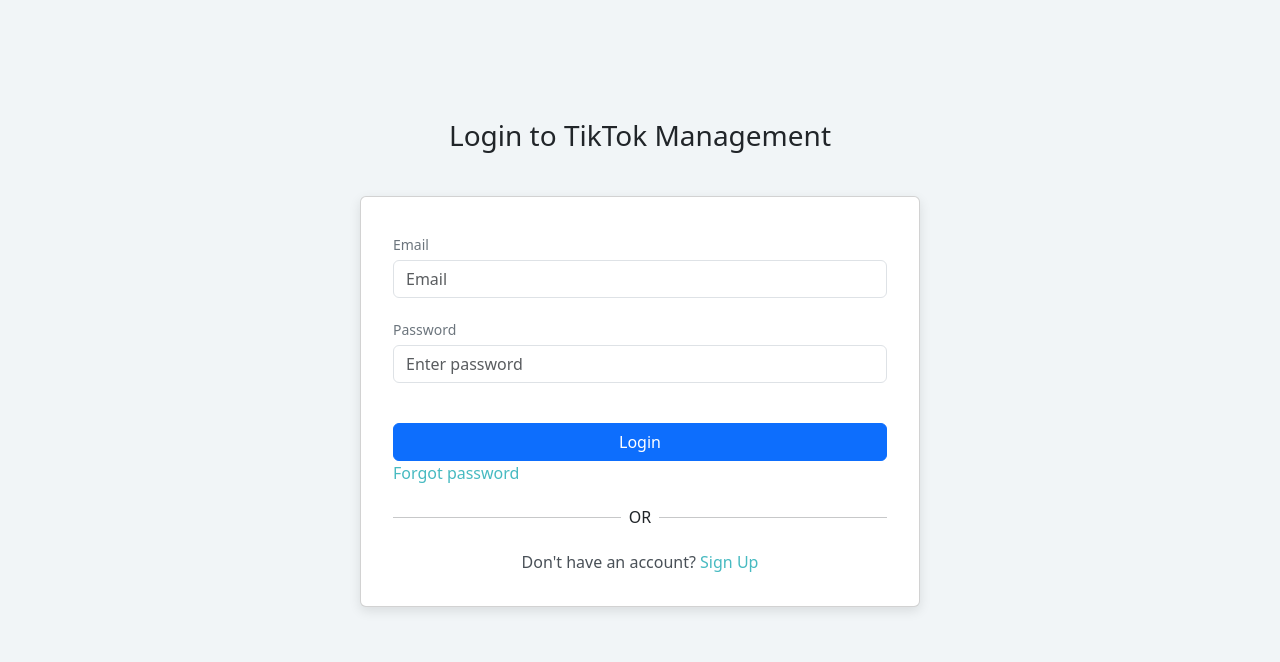
Repository: chaolaolo/tikcrm-fe
Page: /
These files come from the project's save history. The page is drawn as it stood at one moment and after the next save; the edit follows.
The browser window is 1280 px wide. The pictures show the whole page.
The project was rebuilt for these pictures with package versions that can differ from the ones it lists, and the page was loaded fresh each time. Also part of the build but not shown: vite.config.ts, src/pages/Home/Settings.tsx, src/pages/Home/HomePage.tsx. Imported but missing from the stored project, and not drawn on this page: src/pages/Home/Dashboard, src/pages/Register/RegisterPage.

Above is the page before, as saved 2025-05-22 22:51:15.

### src/main.tsx
import React, { StrictMode } from 'react'
import ReactDOM from 'react-dom/client';
import { createRoot } from 'react-dom/client'
import './index.css'
import { BrowserRouter } from 'react-router-dom';
import { AuthProvider } from './store/AuthContext.tsx';
import App from './App.tsx'
import 'antd/dist/reset.css';
import 'bootstrap/dist/css/bootstrap.min.css';
import 'bootstrap/dist/js/bootstrap.bundle.min.js';

ReactDOM.createRoot(document.getElementById('root')!).render(
  <React.StrictMode>
    <AuthProvider>
      <BrowserRouter>
        <App />
      </BrowserRouter>
    </AuthProvider>
  </React.StrictMode>
)

### src/store/AuthContext.tsx
import React, { createContext, useContext, useState, type ReactNode } from 'react';

interface AuthContextProps {
  isLoggedIn: boolean;
  login: () => void;
  logout: () => void;
}

const AuthContext = createContext<AuthContextProps | undefined>(undefined);

export const AuthProvider = ({ children }: { children: ReactNode }) => {
  const [isLoggedIn, setIsLoggedIn] = useState(false);

  const login = () => setIsLoggedIn(true);
  const logout = () => setIsLoggedIn(false);

  return (
    <AuthContext.Provider value={{ isLoggedIn, login, logout }}>
      {children}
    </AuthContext.Provider>
  );
};

export const useAuth = () => {
  const context = useContext(AuthContext);
  if (!context) throw new Error('useAuth must be used within AuthProvider');
  return context;
};

### src/App.tsx
import { useState } from 'react'
import reactLogo from './assets/react.svg'
import viteLogo from '/vite.svg'
import './App.css'
import { useAuth } from './store/AuthContext';
import { Navigate, Route, Routes } from 'react-router-dom';
import LoginPage from './pages/Auth/LoginPage';
import RegisterPage from './pages/Register/RegisterPage';
import HomePage from './pages/Home/HomePage';
import 'bootstrap/dist/css/bootstrap.min.css';
import 'bootstrap/dist/js/bootstrap.bundle.min.js';
import 'antd/dist/reset.css'

const App = () => {
  const { isLoggedIn } = useAuth();

  return (
    <Routes>
      <Route path="/login" element={<LoginPage />} />
      <Route path="/register" element={<RegisterPage />} />
      <Route path="/forgot-password" element={<RegisterPage />} />
      <Route
        path="/home/*"
        element={isLoggedIn ? <HomePage /> : <Navigate to="/login" />}
      />
      <Route path="*" element={<Navigate to={isLoggedIn ? "/home" : "/login"} />} />
    </Routes>
  );
};

export default App;

### src/pages/Auth/LoginPage.tsx
import React from 'react';
import 'bootstrap/dist/css/bootstrap.min.css';
import { Link } from 'react-router-dom';

const LoginPage: React.FC = () => {
  return (
    <div style={{
      backgroundColor: '#f1f5f7', // Màu light của Bootstrap
      position: 'fixed',
      top: 0,
      left: 0,
      right: 0,
      bottom: 0,
      overflow: 'auto'
    }}>
      <div className="d-flex justify-content-center align-items-center min-vh-100 p-3">
        <div className="w-100" style={{ maxWidth: '600px', }}>
          <p className="text-center mb-8 fs-3 fw-normal">Login to TikTok Management</p>
          <div className="card p-8 " style={{
            marginTop: '40px',
            marginLeft: '20px',
            marginRight: '20px',
            backgroundColor: 'white',
            boxShadow: '0 4px 12px rgba(0, 0, 0, 0.1)'
          }}>
            <form>
              <div className="mb-3 text-start">
                <label htmlFor="email" className="col-sm-2 col-form-label col-form-label-sm text-secondary">Email</label>
                <input
                  type="email"
                  className="form-control"
                  id="email"
                  placeholder="Email"
                />
              </div>

              <div className="mb-3 text-start">
                <label htmlFor="password" className="col-sm-2 col-form-label col-form-label-sm text-secondary">Password</label>
                <input
                  type="password"
                  className="form-control"
                  id="password"
                  placeholder="Enter password"
                />
              </div>

              <button type="submit" className="btn btn-primary w-100 mt-4">Login</button>

              <div className="mb-3 text-start">
                <Link to="/forgot-password"
                  className="text-decoration-none fw-normal" style={{ fontSize: '16px', color: '#47bac1'}}>
                  Forgot password
                </Link>
                {/* <a href="#forgot-password" className=" text-decoration-none">Forgot password</a> */}
              </div>

              <div className="d-flex align-items-center mb-3">
                <hr className="flex-grow-1" />
                <span className="px-2 text-gray-300">OR</span>
                <hr className="flex-grow-1" />
              </div>

              <div className="text-center">
                <span className='text-light-emphasis'>Don't have an account? </span>
                <Link to="/register"
                  className="text-decoration-none  fw-normal" style={{ fontSize: '16px' , color: '#47bac1'}}>
                  Sign Up
                </Link>
                {/* <a href="#signup" className="text-decoration-none">Sign up</a> */}
              </div>
            </form>
          </div>
        </div>
      </div>
    </div>
  );
};

export default LoginPage;

### src/core/Divider/Divider.tsx
// import "./styles.scss"

export default function Divider({ text }: { text: string }) {
    return (
        <div className="divider">
            <div className="divider-line"></div>
            <span className="divider-text text-sm text-gray-500">{text}</span>
            <div className="divider-line"></div>
        </div>
    )
}

Loaded but not shown: index.html (common file); src/index.css (common file); src/App.css (common file)

After the next save:
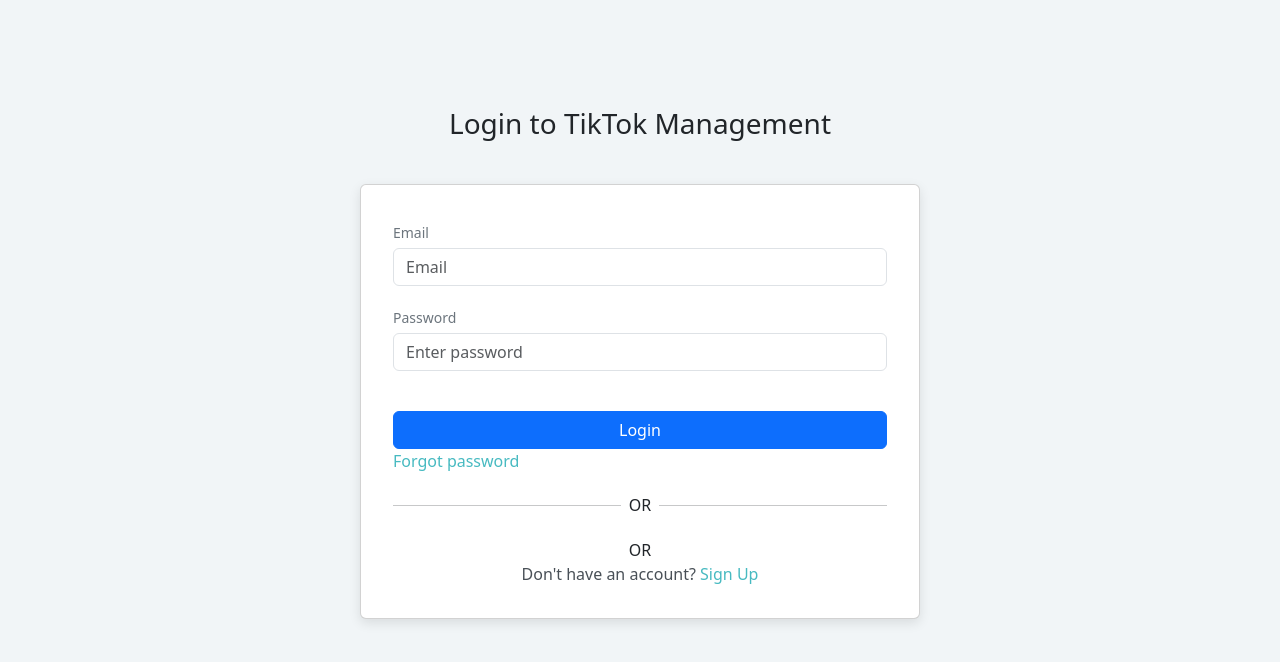
Saved 33 s later.
--- a/src/pages/Auth/LoginPage.tsx
+++ b/src/pages/Auth/LoginPage.tsx
@@ -1,6 +1,7 @@
 import React from 'react';
 import 'bootstrap/dist/css/bootstrap.min.css';
 import { Link } from 'react-router-dom';
+import Divider from '../../core/Divider/Divider';
 
 const LoginPage: React.FC = () => {
   return (
@@ -59,6 +60,7 @@
                 <span className="px-2 text-gray-300">OR</span>
                 <hr className="flex-grow-1" />
               </div>
+              <Divider text="OR" />
 
               <div className="text-center">
                 <span className='text-light-emphasis'>Don't have an account? </span>
